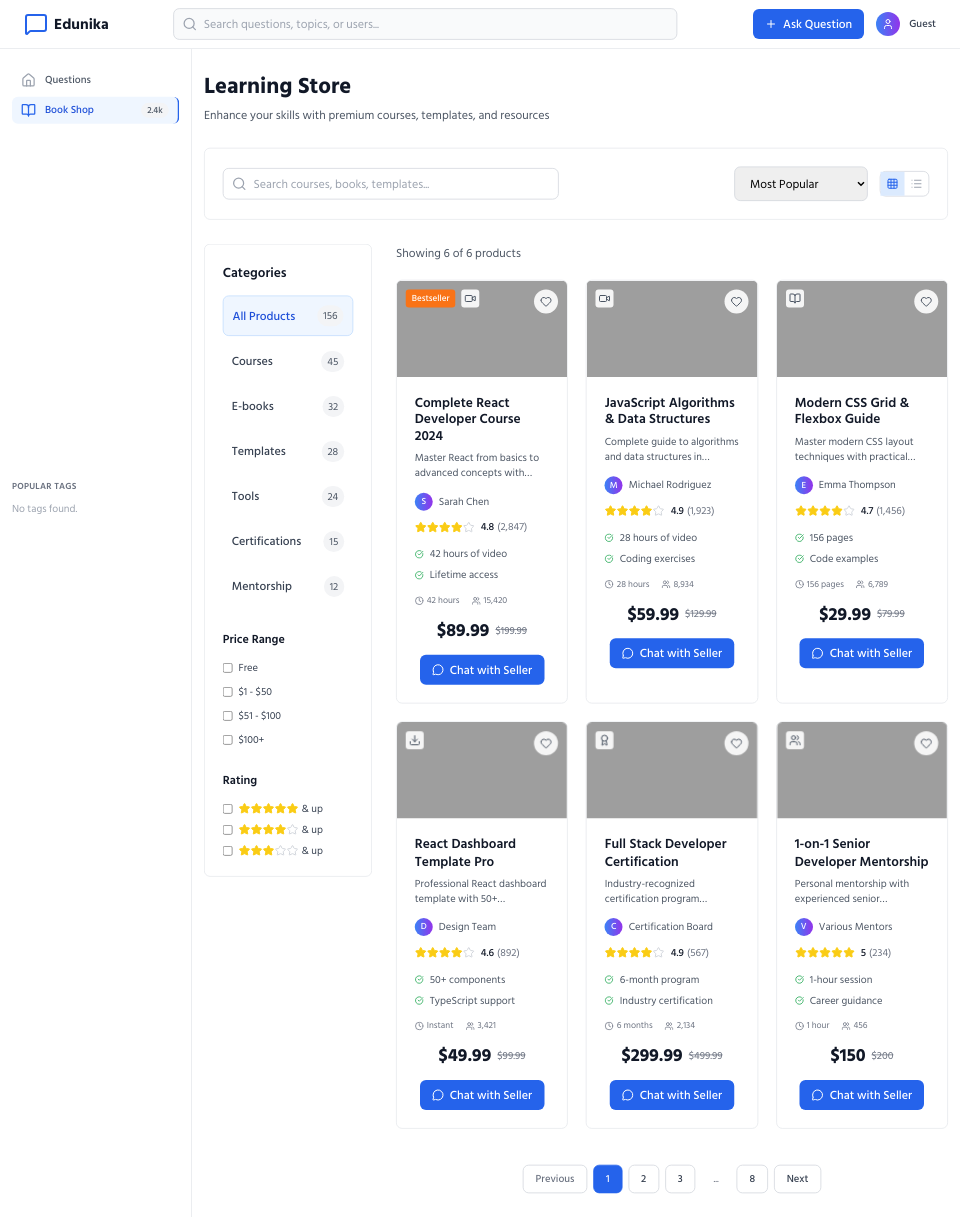
Repository: Ruddro420/forum-front-end
Page: /shop
These files come from the project's save history. The page is drawn as it stood at one moment and after the next save; the edit follows.
The browser window is 1280 px wide. The pictures show the whole page, at 75% of full size.
Pictures or frames that could not be fetched are drawn as grey boxes. The page's requests for data from a server got no answer. The project was rebuilt for these pictures with package versions that can differ from the ones it lists, and the page was loaded fresh each time. No one was signed in, and anything a server would have sent is missing. Also part of the build but not shown: vite.config.js, src/Pages/Home.jsx, src/components/FilterBar.jsx, src/components/ActivityFeed.jsx, src/components/StatsWidget.jsx, src/components/Question/QuestionCard.jsx, src/components/Question/QuestionList.jsx, src/Pages/ForumPage.jsx and 11 more.

Above is the page before, as saved 2025-08-08 01:03:43.

### index.html
<!doctype html>
<html lang="en" data-theme="light">

<head>
  <meta charset="UTF-8" />
  <link rel="icon" type="image/svg+xml" href="/vite.svg" />
  <meta name="viewport" content="width=device-width, initial-scale=1.0" />
  <link rel="preconnect" href="https://fonts.googleapis.com">
  <link rel="preconnect" href="https://fonts.gstatic.com" crossorigin>
  <link href="https://fonts.googleapis.com/css2?family=Hind+Siliguri:wght@300;400;500;600;700&display=swap"
    rel="stylesheet">
  <style>
    body {
      font-family: "Hind Siliguri", sans-serif !important;
    }
  </style>
  <title>Edunika</title>
</head>

<body>
  <div id="root"></div>
  <script type="module" src="/src/main.jsx"></script>
</body>

</html>

### src/main.jsx
import { StrictMode } from 'react'
import { createRoot } from 'react-dom/client'
import './index.css'
import { createBrowserRouter, RouterProvider } from "react-router";
import MainLayout from './Layouts/MainLayout';
import Home from './Pages/Home';
import ForumPage from './Pages/ForumPage';
import AskQuestion from './Pages/AskQuestion';
import ShopPage from './Pages/ShopPage';
import QuestionDetail from './Pages/QuestionDetail';
import ChatInterface from './Pages/ChatInterface';
import StudentProfile from './Pages/StudentProfile';
import StudentDashboard from './Pages/StudentDashboard';
import Register from './Pages/Register';
import Login from './Pages/Login';
import PrivateRoute from './Auth/PrivateRoute';
import { AuthProvider } from './Auth/context/AuthContext';
import Categories from './Pages/Categories';

const router = createBrowserRouter([
  {
    path: "",
    element: <MainLayout />,
    children: [
      { path: "/", element: <ForumPage /> },
      { path: "/questions", element: <ForumPage /> },
      { path: "/shop", element: <ShopPage /> },
      { path: "/category/:id", element: <Categories /> },
    ]
  },
  {
    path: "",
    element: <PrivateRoute><MainLayout /></PrivateRoute>,
    children: [
      { path: "/ask-question", element: <AskQuestion /> },
      { path: "/question-detail/:id", element: <QuestionDetail /> },
      { path: "/chat/", element: <ChatInterface /> },
      { path: "/profile", element: <StudentProfile /> },
      { path: "/dashboard", element: <StudentDashboard /> },

    ]
  },
  { path: "/register", element: <Register /> },
  { path: "/login", element: <Login /> }
]);

createRoot(document.getElementById('root')).render(
  <StrictMode>
    <AuthProvider>
      <RouterProvider router={router} />
    </AuthProvider>
  </StrictMode>,
)

### src/index.css
@tailwind base;
@tailwind components;
@tailwind utilities;
/* @import url('https://fonts.googleapis.com/css2?family=Hind+Siliguri:wght@300;400;500;600;700&display=swap'); */






/* :root {
  font-family: system-ui, Avenir, Helvetica, Arial, sans-serif;
  line-height: 1.5;
  font-weight: 400;

  color-scheme: light dark;
  color: rgba(255, 255, 255, 0.87);
  background-color: #242424;

  font-synthesis: none;
  text-rendering: optimizeLegibility;
  -webkit-font-smoothing: antialiased;
  -moz-osx-font-smoothing: grayscale;
}

@media (prefers-color-scheme: light) {
  :root {
    color: #213547;
    background-color: #ffffff;
  }
  a:hover {
    color: #747bff;
  }
  button {
    background-color: #f9f9f9;
  }
}
 */

### src/Layouts/MainLayout.jsx
import { useState } from "react";
import Header from "./Header";
import { Outlet } from "react-router";
import Sidebar from "./Sidebar";
import { Toaster } from "react-hot-toast";
import ScrollToTop from "../components/ScrollToTop";
import { useAuth } from "../Auth/context/AuthContext";


const MainLayout = () => {
  const [isSidebarOpen, setIsSidebarOpen] = useState(false);
  const { user, logout } = useAuth();

  return (
    <>
      <ScrollToTop />
      {/* {user ? (
        <>
          <span className="text-gray-700">Hi, {user.name}</span>
          <button
            onClick={logout}
            className="bg-red-500 text-white px-3 py-1 rounded hover:bg-red-600"
          >
            Logout
          </button>
        </>
      ) : (
        <a href="/login" className="text-blue-600">Login</a>
      )} */}
      <Header
        onMenuToggle={() => setIsSidebarOpen(!isSidebarOpen)}
        isMenuOpen={isSidebarOpen}
      />
      <div className="flex">
        <Sidebar
          isOpen={isSidebarOpen}
          onClose={() => setIsSidebarOpen(false)}
        />
        <main className="flex-1 lg:ml-0">
          <Outlet />
        </main>
      </div>
      <Toaster position='top-center' />
    </>
  );
};

export default MainLayout;

### src/Pages/ShopPage.jsx
import { useState } from 'react';
import {
  MessageCircle,
  Star,
  Search,
  Grid,
  List,
  Heart,
  Award,
  BookOpen,
  Video,
  Download,
  Clock,
  Users,
  CheckCircle
} from 'lucide-react';
import productlist from '../../public/data/productList.json'
import { useNavigate } from 'react-router';

const ShopPage = () => {
  const [viewMode, setViewMode] = useState('grid'); // Removed TS type
  const [selectedCategory, setSelectedCategory] = useState('all');
  const [sortBy, setSortBy] = useState('popular');

  const navigate = useNavigate();

  /* fetch data from json */
  const categories = productlist?.categories;
  const products = productlist?.products;

  const filteredProducts = products.filter(product =>
    selectedCategory === 'all' || product.category === selectedCategory
  );

  const getProductIcon = (type) => {
    switch (type) {
      case 'course': return Video;
      case 'ebook': return BookOpen;
      case 'template': return Download;
      case 'certification': return Award;
      case 'mentorship': return Users;
      default: return BookOpen;
    }
  };

  return (
    <div className=" mx-auto px-4 py-8">
      {/* Header */}
      <div className="mb-8">
        <h1 className="text-3xl font-bold text-gray-900 mb-2">Learning Store</h1>
        <p className="text-gray-600">Enhance your skills with premium courses, templates, and resources</p>
      </div>

      {/* Filters */}
      <div className="bg-white rounded-lg border border-gray-200 p-6 mb-8">
        <div className="flex flex-col lg:flex-row lg:items-center lg:justify-between space-y-4 lg:space-y-0">
          {/* Search */}
          <div className="flex-1 max-w-md">
            <div className="relative">
              <Search className="h-5 w-5 absolute left-3 top-1/2 transform -translate-y-1/2 text-gray-400" />
              <input
                type="text"
                placeholder="Search courses, books, templates..."
                className="w-full pl-10 pr-4 py-2 border border-gray-300 rounded-lg focus:outline-none focus:ring-2 focus:ring-blue-500"
              />
            </div>
          </div>

          {/* Controls */}
          <div className="flex items-center space-x-4">
            <select
              value={sortBy}
              onChange={(e) => setSortBy(e.target.value)}
              className="px-4 py-2 border border-gray-300 rounded-lg focus:outline-none focus:ring-2 focus:ring-blue-500"
            >
              <option value="popular">Most Popular</option>
              <option value="newest">Newest</option>
              <option value="price-low">Price: Low to High</option>
              <option value="price-high">Price: High to Low</option>
              <option value="rating">Highest Rated</option>
            </select>

            <div className="flex border border-gray-300 rounded-lg">
              <button
                onClick={() => setViewMode('grid')}
                className={`p-2 ${viewMode === 'grid' ? 'bg-blue-100 text-blue-600' : 'text-gray-400'}`}
              >
                <Grid className="h-4 w-4" />
              </button>
              <button
                onClick={() => setViewMode('list')}
                className={`p-2 ${viewMode === 'list' ? 'bg-blue-100 text-blue-600' : 'text-gray-400'}`}
              >
                <List className="h-4 w-4" />
              </button>
            </div>
          </div>
        </div>
      </div>

      <div className="grid grid-cols-1 lg:grid-cols-4 gap-8">
        {/* Sidebar */}
        <div className="lg:col-span-1">
          <div className="bg-white rounded-lg border border-gray-200 p-6 sticky top-8">
            <h3 className="text-lg font-semibold text-gray-900 mb-4">Categories</h3>
            <div className="space-y-2">
              {categories.map((category) => (
                <button
                  key={category.id}
                  onClick={() => setSelectedCategory(category.id)}
                  className={`w-full flex items-center justify-between p-3 rounded-lg text-left transition-colors ${selectedCategory === category.id
                      ? 'bg-blue-50 text-blue-700 border border-blue-200'
                      : 'hover:bg-gray-50 text-gray-700'
                    }`}
                >
                  <span className="font-medium">{category.name}</span>
                  <span className="text-sm bg-gray-100 text-gray-600 px-2 py-1 rounded-full">
                    {category.count}
                  </span>
                </button>
              ))}
            </div>

            {/* Price Range */}
            <div className="mt-8">
              <h4 className="font-semibold text-gray-900 mb-4">Price Range</h4>
              <div className="space-y-3">
                <label className="flex items-center">
                  <input type="checkbox" className="rounded border-gray-300 text-blue-600 focus:ring-blue-500" />
                  <span className="ml-2 text-sm text-gray-700">Free</span>
                </label>
                <label className="flex items-center">
                  <input type="checkbox" className="rounded border-gray-300 text-blue-600 focus:ring-blue-500" />
                  <span className="ml-2 text-sm text-gray-700">$1 - $50</span>
                </label>
                <label className="flex items-center">
                  <input type="checkbox" className="rounded border-gray-300 text-blue-600 focus:ring-blue-500" />
                  <span className="ml-2 text-sm text-gray-700">$51 - $100</span>
                </label>
                <label className="flex items-center">
                  <input type="checkbox" className="rounded border-gray-300 text-blue-600 focus:ring-blue-500" />
                  <span className="ml-2 text-sm text-gray-700">$100+</span>
                </label>
              </div>
            </div>

            {/* Rating Filter */}
            <div className="mt-8">
              <h4 className="font-semibold text-gray-900 mb-4">Rating</h4>
              <div className="space-y-2">
                {[5, 4, 3].map((rating) => (
                  <label key={rating} className="flex items-center">
                    <input type="checkbox" className="rounded border-gray-300 text-blue-600 focus:ring-blue-500" />
                    <div className="ml-2 flex items-center">
                      {[...Array(5)].map((_, i) => (
                        <Star
                          key={i}
                          className={`h-4 w-4 ${i < rating ? 'text-yellow-400 fill-current' : 'text-gray-300'}`}
                        />
                      ))}
                      <span className="ml-1 text-sm text-gray-700">& up</span>
                    </div>
                  </label>
                ))}
              </div>
            </div>
          </div>
        </div>

        {/* Products */}
        <div className="lg:col-span-3">
          <div className="mb-6 flex items-center justify-between">
            <p className="text-gray-600">
              Showing {filteredProducts.length} of {products.length} products
            </p>
          </div>

          <div className={viewMode === 'grid' ? 'grid grid-cols-1 md:grid-cols-2 xl:grid-cols-3 gap-6' : 'space-y-6'}>
            {filteredProducts.map((product) => {
              const ProductIcon = getProductIcon(product.type);

              return (
                <div key={product.id} className={`bg-white rounded-lg border border-gray-200 overflow-hidden hover:shadow-lg transition-shadow ${viewMode === 'list' ? 'flex' : ''
                  }`}>
                  {/* Image */}
                  <div className={`relative ${viewMode === 'list' ? 'w-48 flex-shrink-0' : 'aspect-video'}`}>
                    <img
                      src={product.image}
                      alt={product.title}
                      className="w-full h-full object-cover"
                    />
                    <div className="absolute top-3 left-3 flex space-x-2">
                      {product.bestseller && (
                        <span className="bg-orange-500 text-white px-2 py-1 rounded text-xs font-medium">
                          Bestseller
                        </span>
                      )}
                      <div className="bg-white bg-opacity-90 p-1 rounded">
                        <ProductIcon className="h-4 w-4 text-gray-600" />
                      </div>
                    </div>
                    <button className="absolute top-3 right-3 p-2 bg-white bg-opacity-90 rounded-full hover:bg-white transition-colors">
                      <Heart className="h-4 w-4 text-gray-600" />
                    </button>
                  </div>

                  {/* Content */}
                  <div className="p-6 flex-1">
                    <div className="flex items-start justify-between mb-2">
                      <h3 className="font-semibold text-gray-900 text-lg leading-tight">
                        {product.title}
                      </h3>
                    </div>

                    <p className="text-gray-600 text-sm mb-4 line-clamp-2">
                      {product.description}
                    </p>

                    {/* Instructor */}
                    <div className="flex items-center mb-3">
                      <div className="w-6 h-6 rounded-full bg-gradient-to-r from-blue-500 to-purple-600 flex items-center justify-center text-white text-xs font-medium">
                        {product.instructor?.name?.charAt(0)}
                      </div>
                      <span className="ml-2 text-sm text-gray-600">{product?.instructor?.name}</span>
                    </div>

                    {/* Rating */}
                    <div className="flex items-center mb-4">
                      <div className="flex items-center">
                        {[...Array(5)].map((_, i) => (
                          <Star
                            key={i}
                            className={`h-4 w-4 ${i < Math.floor(product.rating) ? 'text-yellow-400 fill-current' : 'text-gray-300'}`}
                          />
                        ))}
                      </div>
                      <span className="ml-2 text-sm font-medium text-gray-900">{product.rating}</span>
                      <span className="ml-1 text-sm text-gray-500">({product.reviews.toLocaleString()})</span>
                    </div>

                    {/* Features */}
                    <div className="space-y-2 mb-4">
                      {product.features.slice(0, 2).map((feature, index) => (
                        <div key={index} className="flex items-center text-sm text-gray-600">
                          <CheckCircle className="h-3 w-3 text-green-600 mr-2" />
                          {feature}
                        </div>
                      ))}
                    </div>

                    {/* Meta Info */}
                    <div className="flex items-center space-x-4 text-xs text-gray-500 mb-4">
                      <div className="flex items-center">
                        <Clock className="h-3 w-3 mr-1" />
                        {product.duration}
                      </div>
                      <div className="flex items-center">
                        <Users className="h-3 w-3 mr-1" />
                        {product.students.toLocaleString()}
                      </div>
                    </div>

                    {/* Price & Action */}
                    <div className="flex flex-col gap-4 items-center justify-between">
                      <div className="flex items-center space-x-2">
                        <span className="text-2xl font-bold text-gray-900">${product.price}</span>
                        {product.originalPrice > product.price && (
                          <span className="text-sm text-gray-500 line-through">${product.originalPrice}</span>
                        )}
                      </div>
                      <button onClick={() => navigate(`/chat/?seller=${product?.instructor?.id}`)} className="bg-blue-600 hover:bg-blue-700 text-white px-4 py-2 rounded-lg font-medium transition-colors flex items-center">
                        <MessageCircle className="h-4 w-4 mr-2" />
                        Chat with Seller
                      </button>
                    </div>
                  </div>
                </div>
              );
            })}
          </div>

          {/* Pagination */}
          <div className="mt-12 flex items-center justify-center space-x-2">
            <button className="px-4 py-2 text-sm font-medium text-gray-500 bg-white border border-gray-300 rounded-lg hover:bg-gray-50">
              Previous
            </button>
            <button className="px-4 py-2 text-sm font-medium text-white bg-blue-600 border border-blue-600 rounded-lg">
              1
            </button>
            <button className="px-4 py-2 text-sm font-medium text-gray-700 bg-white border border-gray-300 rounded-lg hover:bg-gray-50">
              2
            </button>
            <button className="px-4 py-2 text-sm font-medium text-gray-700 bg-white border border-gray-300 rounded-lg hover:bg-gray-50">
              3
            </button>
            <span className="px-4 py-2 text-sm text-gray-500">...</span>
            <button className="px-4 py-2 text-sm font-medium text-gray-700 bg-white border border-gray-300 rounded-lg hover:bg-gray-50">
              8
            </button>
            <button className="px-4 py-2 text-sm font-medium text-gray-700 bg-white border border-gray-300 rounded-lg hover:bg-gray-50">
              Next
            </button>
          </div>
        </div>
      </div>
    </div>
  );
};

export default ShopPage;

### src/components/ScrollToTop.jsx
import { useEffect } from 'react';
import { useLocation } from 'react-router';

const ScrollToTop = () => {
  const { pathname } = useLocation();

  useEffect(() => {
    window.scrollTo({
      top: 0,
      behavior: 'smooth', // or 'auto' if you want instant scroll
    });
  }, [pathname]);

  return null;
};

export default ScrollToTop;

Loaded but not shown: tailwind.config.js (common file); public/data/productList.json (192 lines, source omitted); src/Auth/context/AuthContext.jsx (178 lines, source omitted); src/Layouts/Sidebar.jsx (138 lines, source omitted); src/Layouts/Header.jsx (77 lines, source omitted)

After the next save:
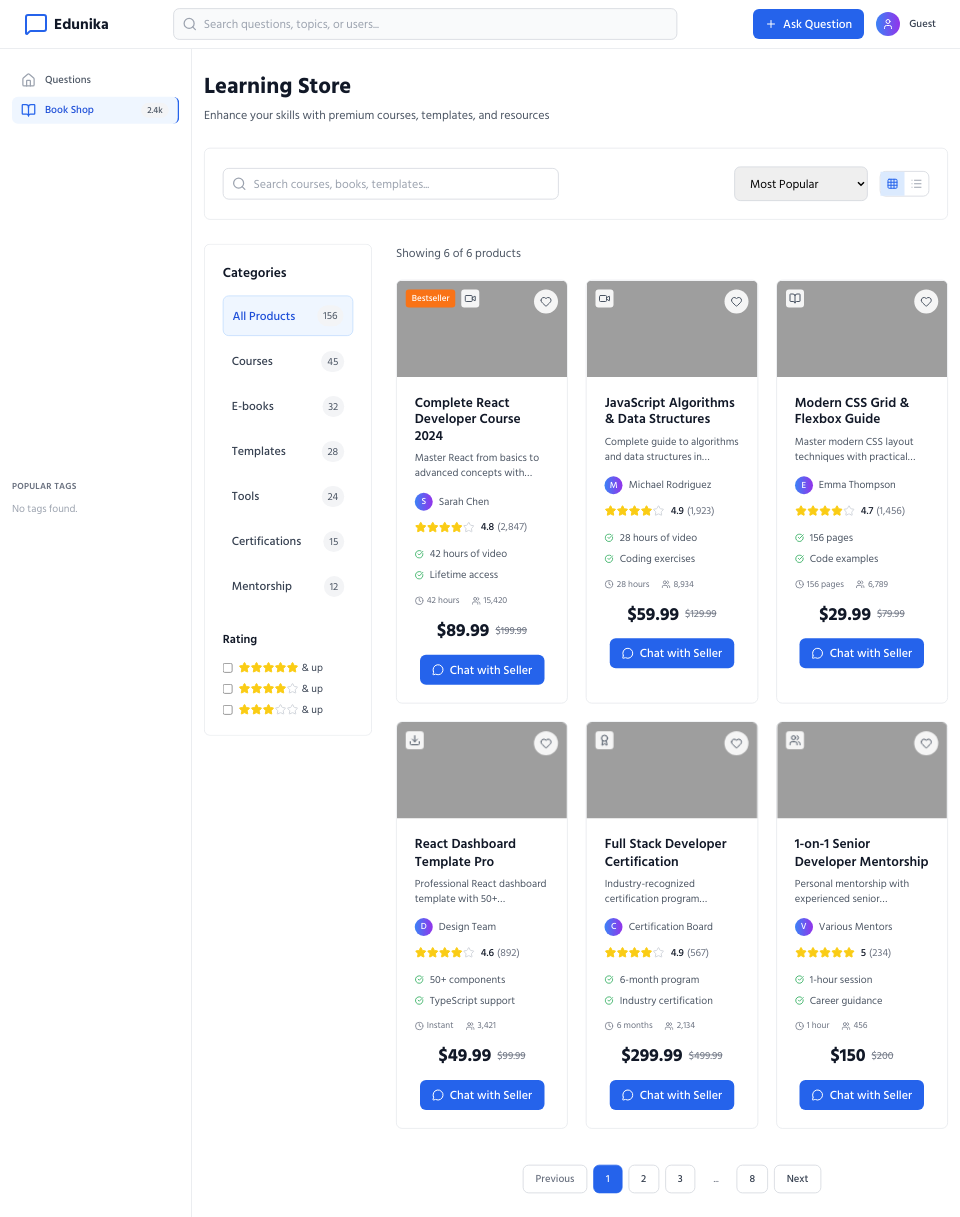
Saved 49 s later.
--- a/src/Pages/ShopPage.jsx
+++ b/src/Pages/ShopPage.jsx
@@ -121,28 +121,7 @@ const ShopPage = () => {
               ))}
             </div>
 
-            {/* Price Range */}
-            <div className="mt-8">
-              <h4 className="font-semibold text-gray-900 mb-4">Price Range</h4>
-              <div className="space-y-3">
-                <label className="flex items-center">
-                  <input type="checkbox" className="rounded border-gray-300 text-blue-600 focus:ring-blue-500" />
-                  <span className="ml-2 text-sm text-gray-700">Free</span>
-                </label>
-                <label className="flex items-center">
-                  <input type="checkbox" className="rounded border-gray-300 text-blue-600 focus:ring-blue-500" />
-                  <span className="ml-2 text-sm text-gray-700">$1 - $50</span>
-                </label>
-                <label className="flex items-center">
-                  <input type="checkbox" className="rounded border-gray-300 text-blue-600 focus:ring-blue-500" />
-                  <span className="ml-2 text-sm text-gray-700">$51 - $100</span>
-                </label>
-                <label className="flex items-center">
-                  <input type="checkbox" className="rounded border-gray-300 text-blue-600 focus:ring-blue-500" />
-                  <span className="ml-2 text-sm text-gray-700">$100+</span>
-                </label>
-              </div>
-            </div>
+
 
             {/* Rating Filter */}
             <div className="mt-8">
